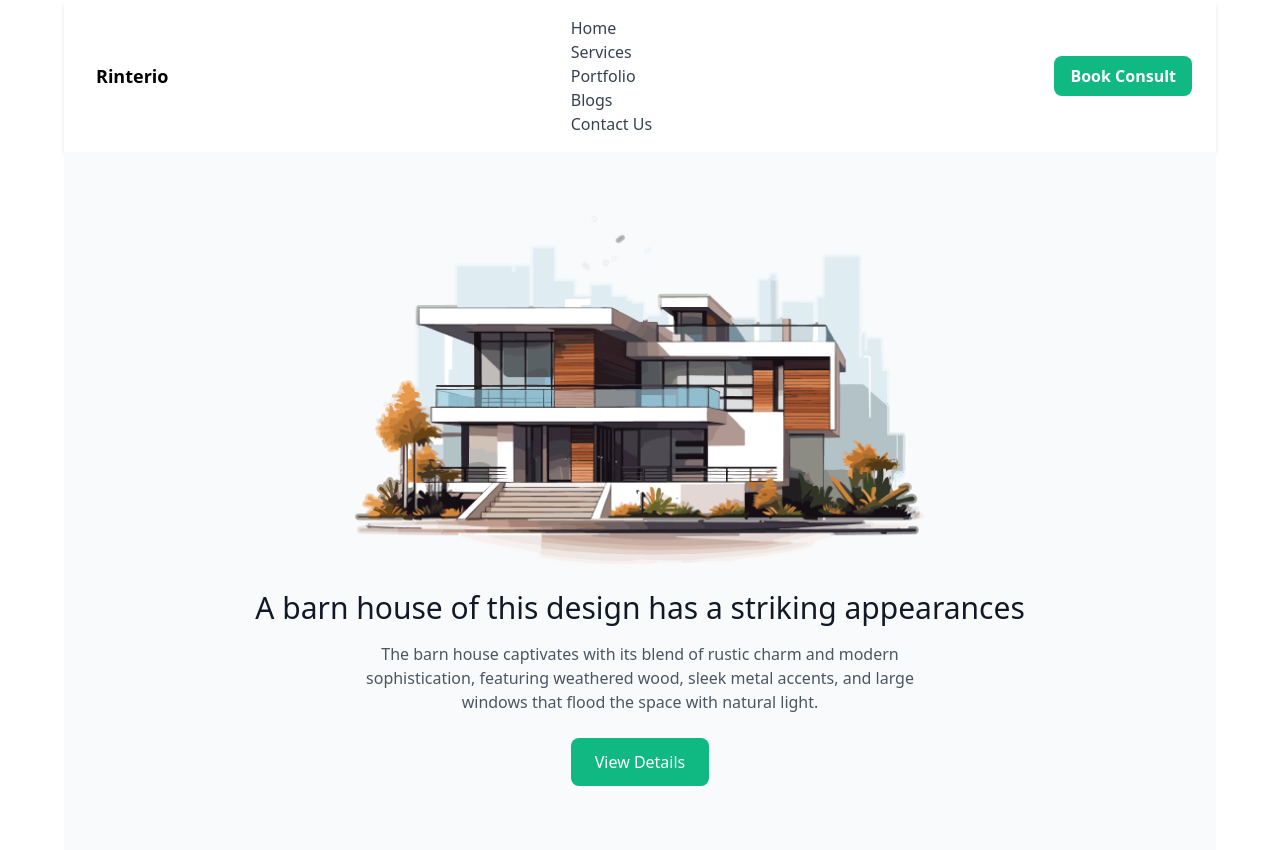
Repository: Aminul-Islam85/Assignment-3
Page: index.html
An editor plug-in stored every save of this project. The page is shown before and after the next save, followed by the edit.
The browser window is 1280 px wide. The pictures show the whole page.

Above is the page before, as saved 2024-10-31 13:55:54.

### index.html
<!DOCTYPE html>
<html lang="en">
<head>
    <meta charset="UTF-8">
    <meta name="viewport" content="width=device-width, initial-scale=1.0">
    <title>assignment-3</title>
    <link rel="stylesheet" href="styles.css">
    <link href="https://cdn.jsdelivr.net/npm/tailwindcss@2.2.19/dist/tailwind.min.css" rel="stylesheet">
</head>
<body class="font-sans antialiased bg-white text-gray-800">
    <div class="app-container">
        <nav class="flex items-center justify-between px-6 py-4 bg-white shadow-md">
            <div class="flex items-center">
                <span class="ml-2 text-lg font-bold">Rinterio</span>
            </div>
            <ul>
                <li><a href="#" class="text-gray-700 hover:text-green-500">Home</a></li>
                <li><a href="#" class="text-gray-700 hover:text-green-500">Services</a></li>
                <li><a href="#" class="text-gray-700 hover:text-green-500">Portfolio</a></li>
                <li><a href="#" class="text-gray-700 hover:text-green-500">Blogs</a></li>
                <li><a href="#" class="text-gray-700 hover:text-green-500">Contact Us</a></li>
            </ul>
            <button class="px-4 py-2 font-bold text-white bg-green-500 rounded-lg hover:bg-green-600">Book Consult</button>
        </nav>

        <section class="flex flex-col items-center justify-center text-center py-16 bg-gray-50">
            <img src="assets/banner.png" alt="Banner class="w-4/5 max-w-2xl rounded-lg shadow-lg">
            <h1 class="mt-6 text-3xl font-extra-bold text-gray-900">A barn house of this design has a striking appearances</h1>
            <p class="mt-4 text-gray-600 max-w-xl">The barn house captivates with its blend of rustic charm and modern sophistication, featuring weathered wood, sleek metal
                accents, and large windows that flood the space with natural light.
            </p>
            <button class="mt-6 px-6 py-3 text-white bg-green-500 rounded-lg font-semi-bold hover:bg-green-600">View Details</button>
        </section>


    </div>

</body>
</html>

### styles.css
.app-container {
    width: 90%;
    margin: 0 auto;
    background-color: #fff;
    color: black;
}

After the next save:
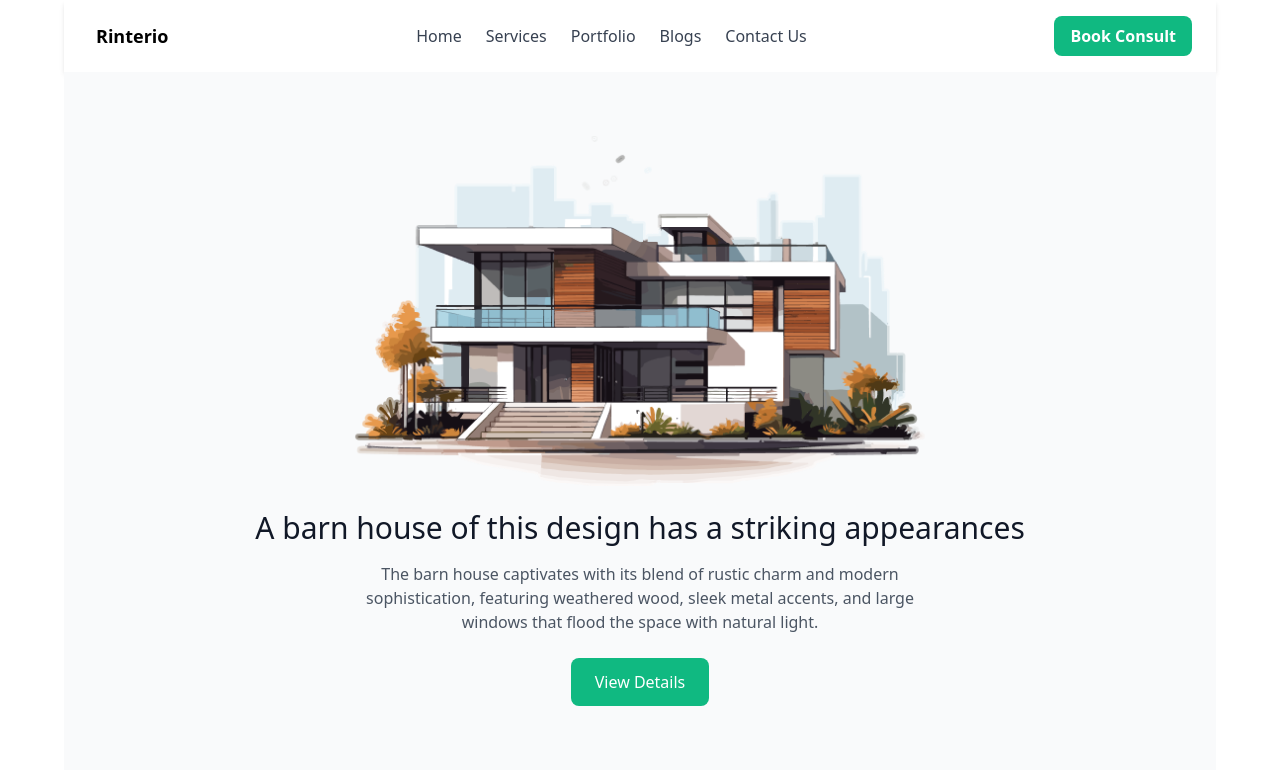
Saved 96 s later.
--- a/index.html
+++ b/index.html
@@ -13,7 +13,7 @@
             <div class="flex items-center">
                 <span class="ml-2 text-lg font-bold">Rinterio</span>
             </div>
-            <ul>
+            <ul class="flex space-x-6">
                 <li><a href="#" class="text-gray-700 hover:text-green-500">Home</a></li>
                 <li><a href="#" class="text-gray-700 hover:text-green-500">Services</a></li>
                 <li><a href="#" class="text-gray-700 hover:text-green-500">Portfolio</a></li>
